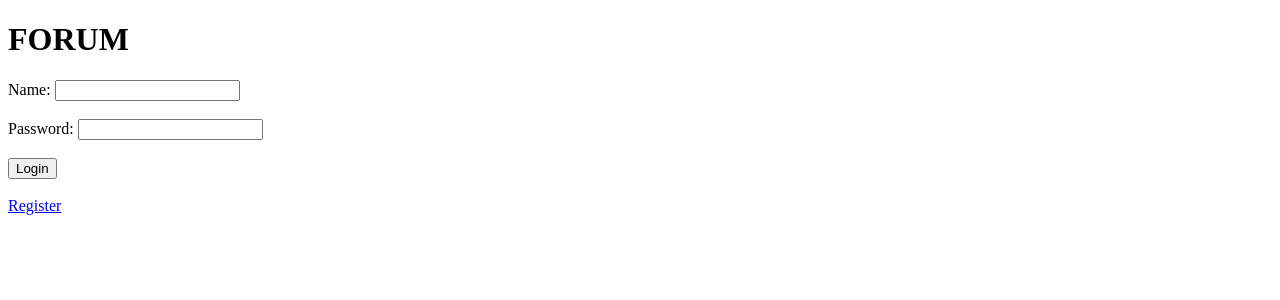
Repository: TeodorZlatev/Homework
Page: http://localhost/Web/
These files come from the project's save history. The page is drawn as it stood at one moment and after the next save; the edit follows.
The browser window is 1280 px wide. The pictures show the whole page.
The page is served by Tomcat 9. Other server files are loaded and not shown.

Above is the page before, as saved 2016-04-21 07:47:49.

### HomeworkWeb/Web/WebContent/index.jsp
<%@ page language="java" contentType="text/html; charset=ISO-8859-1"
	pageEncoding="ISO-8859-1"%>
<!DOCTYPE html PUBLIC "-//W3C//DTD HTML 4.01 Transitional//EN" "http://www.w3.org/TR/html4/loose.dtd">
<html>
<meta http-equiv="content-type"
	content="text/html; charset=windows-1251" />
	<title>Forum</title>
<body>
	<p>
	<h1>FORUM</h1>
	</p>
	<form action="login" method="post">
		Name: <input type="text" name="userName" /> <br />
		<br />
		Password: <input type="password" name="userPass" /> <br />
		<br />
		<input type="submit" value="Login" /> <br />
		<br/>
		<a href="RegisterServlet">Register</a>
	</form>
</body>
</html>

After the next save:
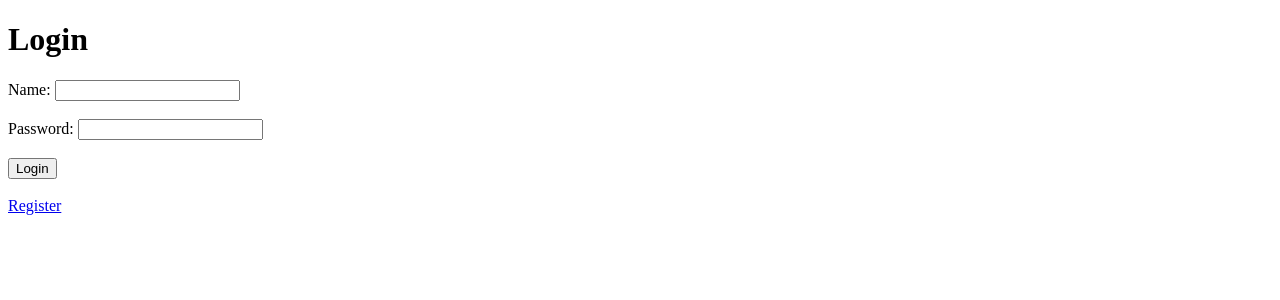
Saved 7 min 27 s later.
--- a/HomeworkWeb/Web/WebContent/index.jsp
+++ b/HomeworkWeb/Web/WebContent/index.jsp
@@ -7,7 +7,7 @@
 	<title>Forum</title>
 <body>
 	<p>
-	<h1>FORUM</h1>
+	<h1>Login</h1>
 	</p>
 	<form action="login" method="post">
 		Name: <input type="text" name="userName" /> <br />
